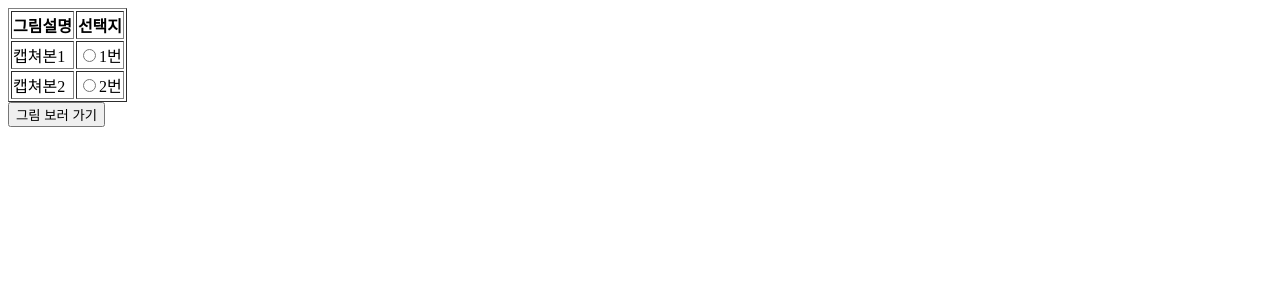
Repository: gowjd4419/jsp
Page: http://localhost/JSPBasic/jspobject/quiz/music.jsp
These files come from the project's save history. The page is drawn as it stood at one moment and after the next save; the edit follows.
The browser window is 1280 px wide. The pictures show the whole page.
The page is served by Tomcat 9.

Above is the page before, as saved 2022-03-28 09:33:43.

### JSPBasic/src/main/webapp/jspobject/quiz/music.jsp
<%@ page language="java" contentType="text/html; charset=UTF-8"
    pageEncoding="UTF-8"%>
<!DOCTYPE html>
<html>
<head>
<meta charset="UTF-8">
<title>Insert title here</title>
</head>
<body>
    <form action= >
    <table border>
    <thead>
        <th>그림설명</th>
        <th>선택지</th>
    </thead>
    <tbody>
    <tr>
       <td>캡쳐본1</td>
       <td><input type = "radio" name="photo" value ="1번">1번<br></td>
    </tr>
    <tr>
       <td>캡쳐본2</td>
       <td><input type = "radio" name="photo" value="2번">2번<br></td>
    </tr>
    </tbody>
    </table>
    <input type="submit" value="그림 보러 가기"><br>

    </form>
</body>
</html>

After the next save:
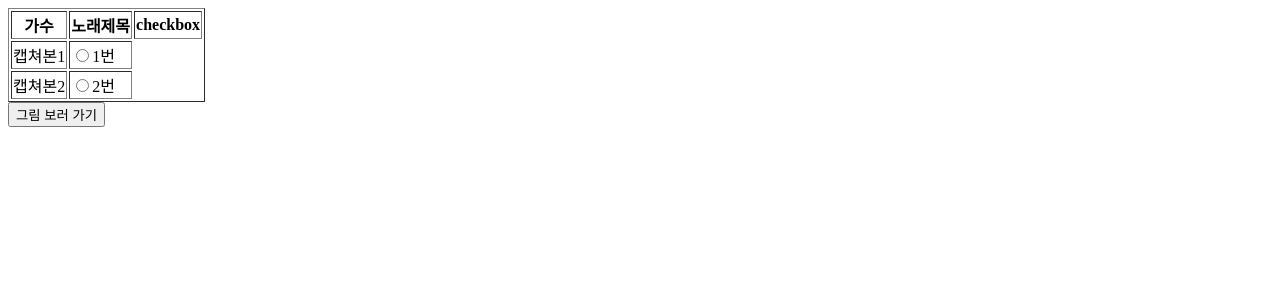
Saved 77 s later.
--- a/JSPBasic/src/main/webapp/jspobject/quiz/music.jsp
+++ b/JSPBasic/src/main/webapp/jspobject/quiz/music.jsp
@@ -7,11 +7,12 @@
 <title>Insert title here</title>
 </head>
 <body>
-    <form action= >
+    <form action=http://localhost:8181/JSPBasic/jspobject/quiz/music_result.jsp >
     <table border>
     <thead>
-        <th>그림설명</th>
-        <th>선택지</th>
+        <th>가수</th>
+        <th>노래제목</th>
+        <th>checkbox</th>
     </thead>
     <tbody>
     <tr>
